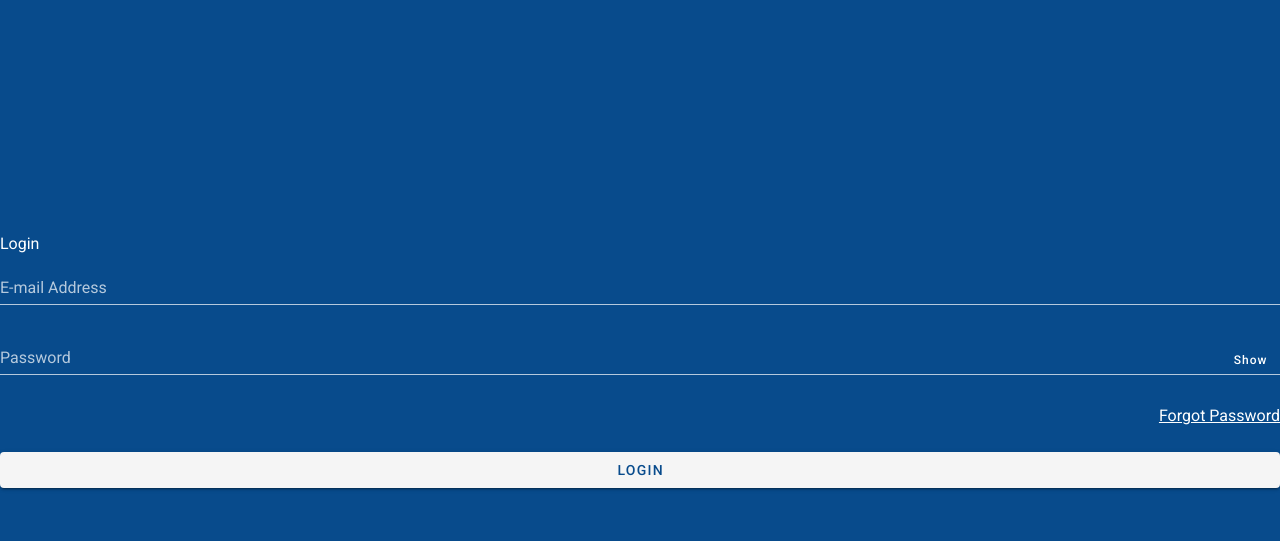
Repository: Grace229/Login
Page: /
These files come from the project's save history. The page is drawn as it stood at one moment and after the next save; the edit follows.
The browser window is 1280 px wide. The pictures show the whole page.
The project was rebuilt for these pictures with package versions that can differ from the ones it lists, and the page was loaded fresh each time. Also part of the build but not shown: vue.config.js. Imported but missing from the stored project, and not drawn on this page: src/views/About.vue.

Above is the page before, as saved 2021-02-12 13:22:54.

### src/App.vue
<template>
  <v-app>
    <v-main><router-view></router-view> </v-main>
  </v-app>
</template>

<script>
export default {
  name: "App",

  components: {},

  data: () => ({
    //
  }),
};
</script>

### src/plugins/vuetify.js
import Vue from "vue";
import Vuetify from "vuetify/lib/framework";

Vue.use(Vuetify);

export default new Vuetify({
  theme: {
    options: {
      customProperties: true
    },
    themes: {
      light: {
        primary: "#084b8c",
        secondary: "#424242",
        accent: "#82B1FF",
        error: "#FF5252",
        info: "#2196F3",
        success: "#4CAF50",
        warning: "#FFC107"
      }
    }
  }
});

### src/views/Home.vue
<template>
  <main
    style="min-height:100vh width: 50%"
    class="primary fill-height white--text d-flex flex-column justify-center mx-auto"
  >
    <div>
      <header>
        <div>
          Login
        </div>
      </header>

      <section class="" style="">
        <div>
          <v-text-field
            dark
            label="E-mail Address"
            v-model="FORM.email"
            :rules="[rules.required, rules.email]"
          />
        </div>
        <div>
          <v-text-field
            dark
            :rules="[rules.required]"
            label="Password"
            :type="showPassword ? 'text' : 'password'"
          >
            <v-btn
              text
              small
              slot="append"
              @click="showPassword = !showPassword"
              class="transparent text-capitalize"
              >{{ showPassword ? "hide" : "show" }}</v-btn
            >
          </v-text-field>

          <div class="text-right py-2">
            <router-link to="/#" class="white--text"
              >Forgot Password</router-link
            >
          </div>

          <div class="pt-4">
            <v-btn block class="primary--text">Login</v-btn>
          </div>
        </div>
      </section>
    </div>
  </main>
</template>

<script>
export default {
  data() {
    return {
      FORM: {},
      showPassword: false,
      rules: {
        required: (value) => !!value || "Required.",
        counter: (value) => value.length <= 20 || "Max 20 characters",
        email: (value) => {
          const pattern = /^(([^<>()[\]\\.,;:\s@"]+(\.[^<>()[\]\\.,;:\s@"]+)*)|(".+"))@((\[[0-9]{1,3}\.[0-9]{1,3}\.[0-9]{1,3}\.[0-9]{1,3}])|(([a-zA-Z\-0-9]+\.)+[a-zA-Z]{2,}))$/;
          return pattern.test(value) || "Invalid e-mail.";
        },
      },
    };
  },
};
</script>

Loaded but not shown: public/index.html (common file); src/main.js (common file); src/router/index.js (common file); src/store/index.js (common file)

After the next save:
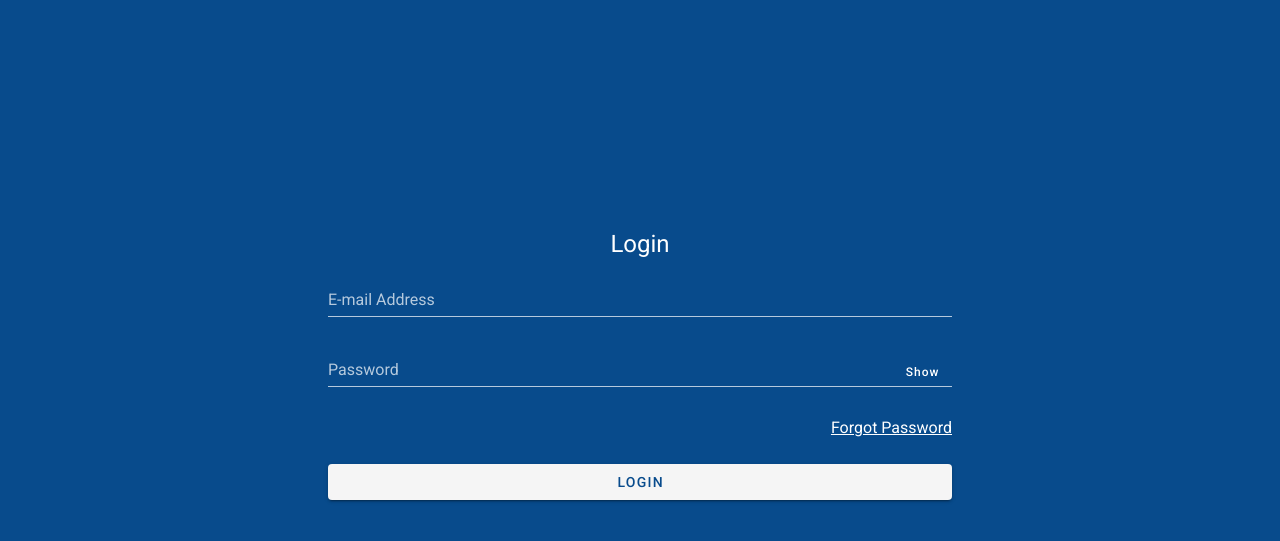
Saved 52 s later.
--- a/src/views/Home.vue
+++ b/src/views/Home.vue
@@ -1,16 +1,16 @@
 <template>
   <main
-    style="min-height:100vh width: 50%"
-    class="primary fill-height white--text d-flex flex-column justify-center mx-auto"
+    style="min-height:100vh"
+    class="primary fill-height white--text d-flex flex-column justify-center pa-4"
   >
     <div>
       <header>
-        <div>
+        <div class="headline text-center py-2">
           Login
         </div>
       </header>
 
-      <section class="" style="">
+      <section class="mx-auto" style="width: 50%">
         <div>
           <v-text-field
             dark
